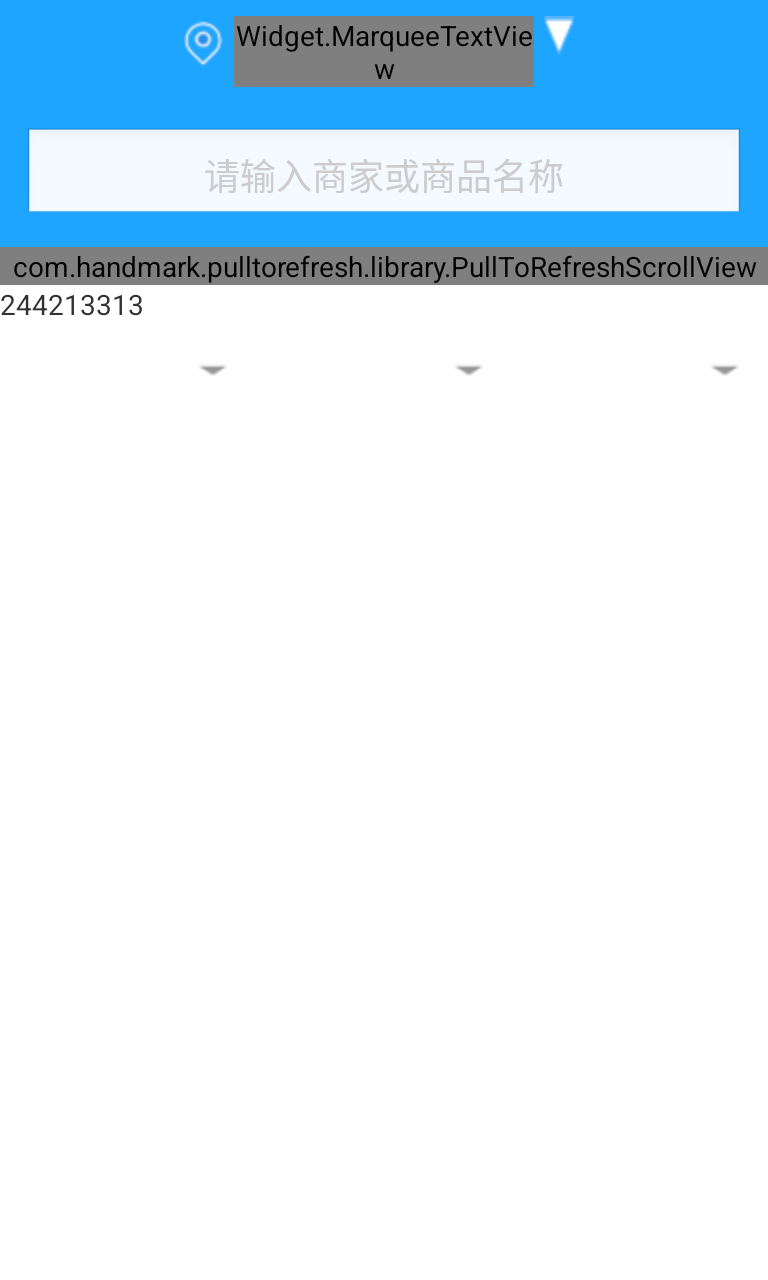
Repository: shi1hh/v
Layout: HungryTest/res/layout/fragment_waimai.xml
The author's editor kept a copy of each file at every save. The layout is drawn from the files as they stood at one save, then again after the next save.
Pictures or frames that could not be fetched are drawn as grey boxes. It is drawn on a 768 x 1280 px phone screen (xhdpi) without system bars, with theme android:Theme.Light.NoTitleBar; the app's code is not run.

Above is the layout before, as saved 2015-10-24 11:09:25.

### HungryTest/res/layout/fragment_waimai.xml
<?xml version="1.0" encoding="utf-8"?>
<LinearLayout xmlns:android="http://schemas.android.com/apk/res/android"
    android:layout_width="match_parent"
    android:layout_height="match_parent"
    android:orientation="vertical" >

    <RelativeLayout
        android:layout_width="match_parent"
        android:layout_height="wrap_content"
        android:background="@color/blackground"
        android:padding="8dp" >

        <Widget.MarqueeTextView
            android:id="@+id/Textview_waimai_tile_2"
            android:layout_width="150dp"
            android:layout_height="wrap_content"
            android:layout_centerHorizontal="true"
            android:layout_centerVertical="true"
            android:background="@color/blackground"
            android:ellipsize="marquee"
            android:focusable="true"
            android:focusableInTouchMode="true"
            android:gravity="center"
            android:marqueeRepeatLimit="marquee_forever"
            android:scrollHorizontally="true"
            android:singleLine="true"
            android:text="信和门业附近(阳江市)"
            android:textColor="@color/white"
            android:textSize="21sp" />

        <Button
            android:id="@+id/button_waimai_tile_3"
            android:layout_width="wrap_content"
            android:layout_height="wrap_content"
            android:layout_alignBaseline="@+id/Textview_waimai_tile_2"
            android:layout_marginLeft="5dp"
            android:layout_toRightOf="@+id/Textview_waimai_tile_2"
            android:background="@drawable/waimaititle3" />

        <Button
            android:id="@+id/button_waimai_tile_1"
            android:layout_width="wrap_content"
            android:layout_height="wrap_content"
            android:layout_alignParentTop="true"
            android:layout_marginRight="5dp"
            android:layout_toLeftOf="@+id/Textview_waimai_tile_2"
            android:background="@drawable/waimaititle1" />
    </RelativeLayout>

    <RelativeLayout
        android:id="@+id/relative_1"
        android:layout_width="match_parent"
        android:layout_height="wrap_content"
        android:background="@color/blackground"
        android:padding="12dp" >

        <EditText
            android:id="@+id/editText_search"
            android:layout_width="match_parent"
            android:layout_height="wrap_content"
            android:ems="10"

            android:gravity="center"
            android:hint="请输入商家或商品名称"
            android:padding="10dp"
            android:textColorHint="@color/text_gray" >

        </EditText>
    </RelativeLayout>

    <com.handmark.pulltorefresh.library.PullToRefreshScrollView
        xmlns:ptr="http://schemas.android.com/apk/res-auto"
        android:id="@+id/pull_refresh_scrollview"
        android:layout_width="fill_parent"
        android:layout_height="wrap_content"
        ptr:ptrAnimationStyle="flip"
        ptr:ptrMode="both" >

        <LinearLayout
            android:id="@+id/sub_root_lin"
            android:layout_width="fill_parent"
            android:layout_height="wrap_content"
            android:orientation="vertical" >

            <android.support.v4.view.ViewPager
                android:id="@+id/viewpager_waimai_adv"
                android:layout_width="match_parent"
                android:layout_height="90dp" >
            </android.support.v4.view.ViewPager>

            <TableLayout
           android:layout_marginTop="5dp"
                android:layout_width="match_parent"
                android:layout_height="wrap_content" >

                <TableRow
                    android:layout_width="match_parent"
                    android:layout_weight="1" >

                    <TextView
                        android:id="@+id/tb_tv1"
                        style="@style/waimai_tb_text"
                        android:layout_width="wrap_content"
                        android:layout_height="fill_parent"
                        android:layout_weight="1"
                        android:drawablePadding="0px"
                        android:drawableTop="@drawable/t1"
                        android:text="@string/waimai_tb1" />

                    <TextView
                        android:id="@+id/tb_tv2"
                        style="@style/waimai_tb_text"
                        android:layout_width="fill_parent"
                        android:layout_height="fill_parent"
                        android:layout_weight="1"
                        android:drawablePadding="0px"
                        android:drawableTop="@drawable/t2"
                        android:text="@string/waimai_tb2" />

                    <TextView
                        android:id="@+id/tb_tv3"
                        style="@style/waimai_tb_text"
                        android:layout_width="fill_parent"
                        android:layout_height="fill_parent"
                        android:layout_weight="1"
                        android:drawablePadding="0px"
                        android:drawableTop="@drawable/t3"
                        android:text="@string/waimai_tb3" />

                    <TextView
                        android:id="@+id/tb_tv4"
                        style="@style/waimai_tb_text"
                        android:layout_width="fill_parent"
                        android:layout_height="fill_parent"
                        android:layout_weight="1"
                        android:drawablePadding="0px"
                        android:drawableTop="@drawable/t4"
                        android:text="@string/waimai_tb4" />
                </TableRow>

                <TableRow
                    android:layout_width="match_parent"
                    android:layout_weight="1" >

                    <TextView
                        android:id="@+id/tb_tv2_1"
                        style="@style/waimai_tb_text"
                        android:layout_width="fill_parent"
                        android:layout_height="fill_parent"
                        android:layout_weight="1"
                        android:drawablePadding="0px"
                        android:drawableTop="@drawable/t5"
                        android:text="@string/waimai_tb5" />

                    <TextView
                        android:id="@+id/tb_tv2_2"
                        style="@style/waimai_tb_text"
                        android:layout_width="fill_parent"
                        android:layout_height="fill_parent"
                        android:layout_weight="1"
                        android:drawablePadding="0px"
                        android:drawableTop="@drawable/t6"
                        android:text="@string/waimai_tb6" />

                    <TextView
                        android:id="@+id/tb_tv2_3"
                        style="@style/waimai_tb_text"
                        android:layout_width="fill_parent"
                        android:layout_height="fill_parent"
                        android:layout_weight="1"
                        android:drawablePadding="0px"
                        android:drawableTop="@drawable/t7"
                        android:text="@string/waimai_tb7" />

                    <TextView
                        android:id="@+id/tb_tv2_12344567"
                        android:layout_column="2"
                        style="@style/waimai_tb_text"
                        android:layout_width="fill_parent"
                        android:layout_height="fill_parent"
                        android:visibility="invisible"
                        android:layout_weight="1" />
                </TableRow>
            </TableLayout>
            <View
                android:id="@+id/divider1"
                 android:layout_width="fill_parent"  android:layout_height="12dp"
                android:layout_marginTop="5dp"
                android:background="@color/waimai_divider"  />

            <LinearLayout
    android:layout_width="match_parent"
    android:layout_height="match_parent"
    android:orientation="horizontal" >

    <Spinner
        android:id="@+id/spinner_waimai_listview1"
            android:background="@drawable/spinner_waimai_img"
    android:layout_weight="1"
        android:layout_width="0dp"
        android:spinnerMode="dropdown"
 android:animationCache="true"
   android:drawSelectorOnTop="true"
        android:layout_height="wrap_content" />

    <Spinner
        android:id="@+id/spinner_waimai_listview2"
               android:background="@drawable/spinner_waimai_img"
    android:layout_weight="1"
        android:layout_width="0dp"
        android:spinnerMode="dropdown"
 android:animationCache="true"
   android:drawSelectorOnTop="true"
        android:layout_height="wrap_content" />

    <Spinner
        android:id="@+id/spinner_waimai_listview3"
                android:background="@drawable/spinner_waimai_img"
    android:layout_weight="1"
        android:layout_width="0dp"
        android:spinnerMode="dropdown"
 android:animationCache="true"
   android:drawSelectorOnTop="true"
        android:layout_height="wrap_content"  />

</LinearLayout>


            <ListView
                android:id="@+id/listview_waimai"
                android:layout_width="fill_parent"
                android:layout_height="wrap_content"
                ></ListView>


        </LinearLayout>
    </com.handmark.pulltorefresh.library.PullToRefreshScrollView>
    <TextView
        android:layout_width="wrap_content"
        android:layout_height="wrap_content"
        android:text="244213313"
        ></TextView>
            <LinearLayout
                android:id="@+id/flow_llay"
    android:layout_width="match_parent"
    android:layout_height="wrap_content"

    android:orientation="horizontal" >

    <Spinner
        android:id="@+id/spinner_waimai_listview4"
            android:background="@drawable/spinner_waimai_img"
    android:layout_weight="1"
        android:layout_width="0dp"
        android:spinnerMode="dropdown"
 android:animationCache="true"
   android:drawSelectorOnTop="true"
        android:layout_height="wrap_content" />

    <Spinner
        android:id="@+id/spinner_waimai_listview5"
               android:background="@drawable/spinner_waimai_img"
    android:layout_weight="1"
        android:layout_width="0dp"
        android:spinnerMode="dropdown"
 android:animationCache="true"
   android:drawSelectorOnTop="true"
        android:layout_height="wrap_content" />

    <Spinner
        android:id="@+id/spinner_waimai_listview6"
                android:background="@drawable/spinner_waimai_img"
    android:layout_weight="1"
        android:layout_width="0dp"
        android:spinnerMode="dropdown"
 android:animationCache="true"
   android:drawSelectorOnTop="true"
        android:layout_height="wrap_content"  />

</LinearLayout>
</LinearLayout>

### HungryTest/res/values/color.xml
<?xml version="1.0" encoding="utf-8"?>
<resources>
    <color name="sum">#ffffff</color>
    <color name="balance">#00FF7F</color>
    <color name="balance_text">#ffffff</color>
    <color name="lvlft_select">#ffffff</color>
    <color name="lvlft_black">#CFCFCF</color>
    <color name="white">#ffffff</color>
    <color name="navigation_bg">#F6F6F6</color>
      <color name="blackground">#1EA5FF</color>
      <color name="text_gray">#CCCCCC</color>
      <color name="waimai_divider">#EEEEEC</color>
</resources>

### HungryTest/res/values/styles.xml
<resources xmlns:android="http://schemas.android.com/apk/res/android">

    <!--
        Base application theme, dependent on API level. This theme is replaced
        by AppBaseTheme from res/values-vXX/styles.xml on newer devices.


    -->
    <style name="AppBaseTheme" parent="Theme.AppCompat.Light">
        <!--
            Theme customizations available in newer API levels can go in
            res/values-vXX/styles.xml, while customizations related to
            backward-compatibility can go here.


        -->
    </style>

    <!-- Application theme. -->
    <style name="AppTheme" parent="AppBaseTheme">
        <!-- All customizations that are NOT specific to a particular API-level can go here. -->
    </style>

    <style name="text">
        <item name="android:textSize">10sp</item>
        <item name="android:gravity">center_horizontal</item>
    </style>

    <style name="waimai_tb_text">
        <item name="android:textSize">13sp</item>
        <item name="android:gravity">center_horizontal</item>
    </style>
    <style
        name="waimai_money_text">
        <item name="android:textColor">#FF3030</item>
        <item name="android:textSize">20sp</item>

    </style>
<style
    name="waimai_store_name_textsize"
    >
    <item name="android:textSize">20sp</item>
</style>
</resources>

### HungryTest/res/values/strings.xml
<?xml version="1.0" encoding="utf-8"?>
<resources>

    <string name="app_name">HungryTest</string>
    <string name="hello_world">Hello world!</string>
    <string name="action_settings">Settings</string>
    <string name="navigation1">外卖</string>
 <string name="navigation2">订单</string>
  <string name="navigation3">发现</string>
   <string name="navigation4">我</string>
   <string name="waimai_tb1">便利店</string>
    <string name="waimai_tb2">品牌馆</string>
     <string name="waimai_tb3">水果</string>
      <string name="waimai_tb4">鲜花蛋糕</string>
       <string name="waimai_tb5">新店特惠</string>
        <string name="waimai_tb6">夜宵</string>
         <string name="waimai_tb7">预定早餐</string>
</resources>

### HungryTest/res/drawable/spinner_waimai_img.xml
<?xml version="1.0" encoding="utf-8"?>
<selector xmlns:android="http://schemas.android.com/apk/res/android" >
    <item android:drawable="@drawable/spinnerdrag2"
        android:state_focused="true"></item>
    <item android:drawable="@drawable/spinnerdrag2"
        android:state_pressed="true"></item>
   <item  android:drawable="@drawable/spinnerdrag1"></item>
</selector>

After the next save:
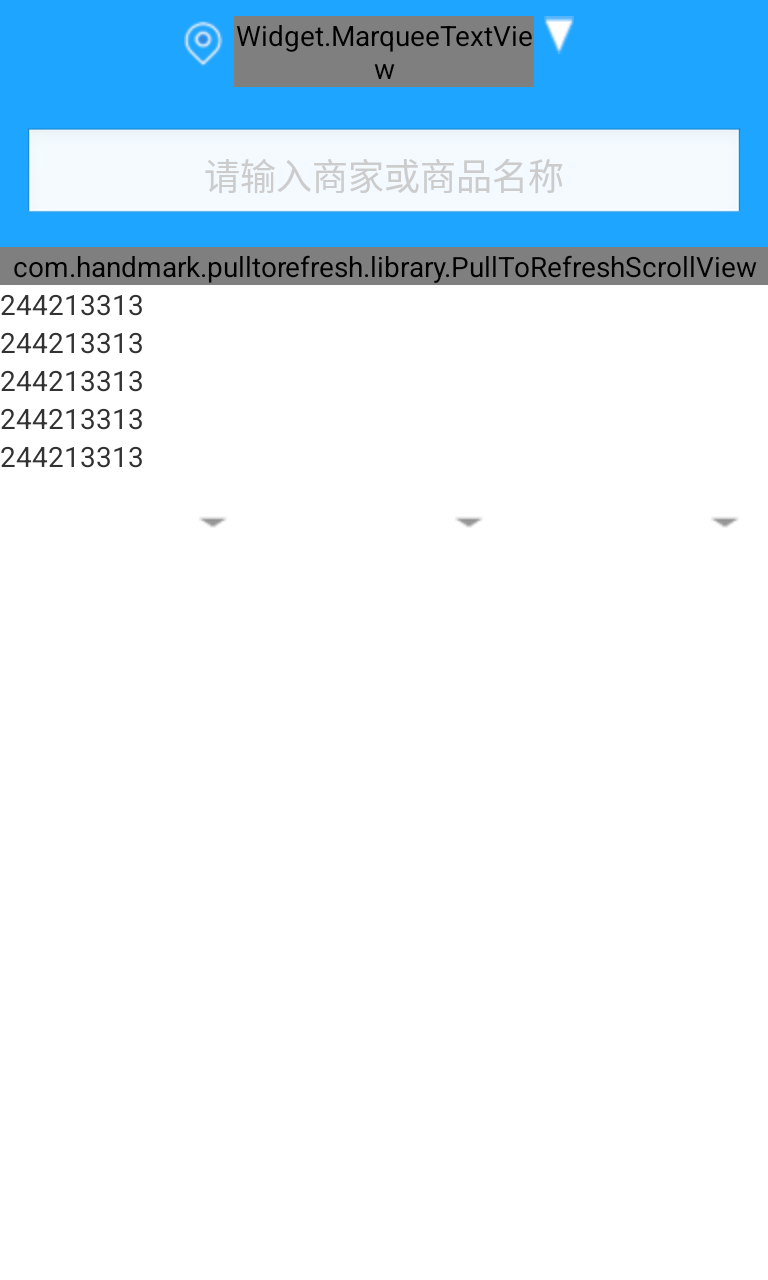
Saved 61 s later.
--- a/HungryTest/res/layout/fragment_waimai.xml
+++ b/HungryTest/res/layout/fragment_waimai.xml
@@ -238,8 +238,24 @@
     <TextView
         android:layout_width="wrap_content"
         android:layout_height="wrap_content"
-        android:text="244213313"
-        ></TextView>
+        android:text="244213313"/>
+        <TextView
+        android:layout_width="wrap_content"
+        android:layout_height="wrap_content"
+        android:text="244213313"/>
+            <TextView
+        android:layout_width="wrap_content"
+        android:layout_height="wrap_content"
+        android:text="244213313"/>
+                <TextView
+        android:layout_width="wrap_content"
+        android:layout_height="wrap_content"
+        android:text="244213313"/>
+                    <TextView
+        android:layout_width="wrap_content"
+        android:layout_height="wrap_content"
+        android:text="244213313"/>
+
             <LinearLayout
                 android:id="@+id/flow_llay"
     android:layout_width="match_parent"
